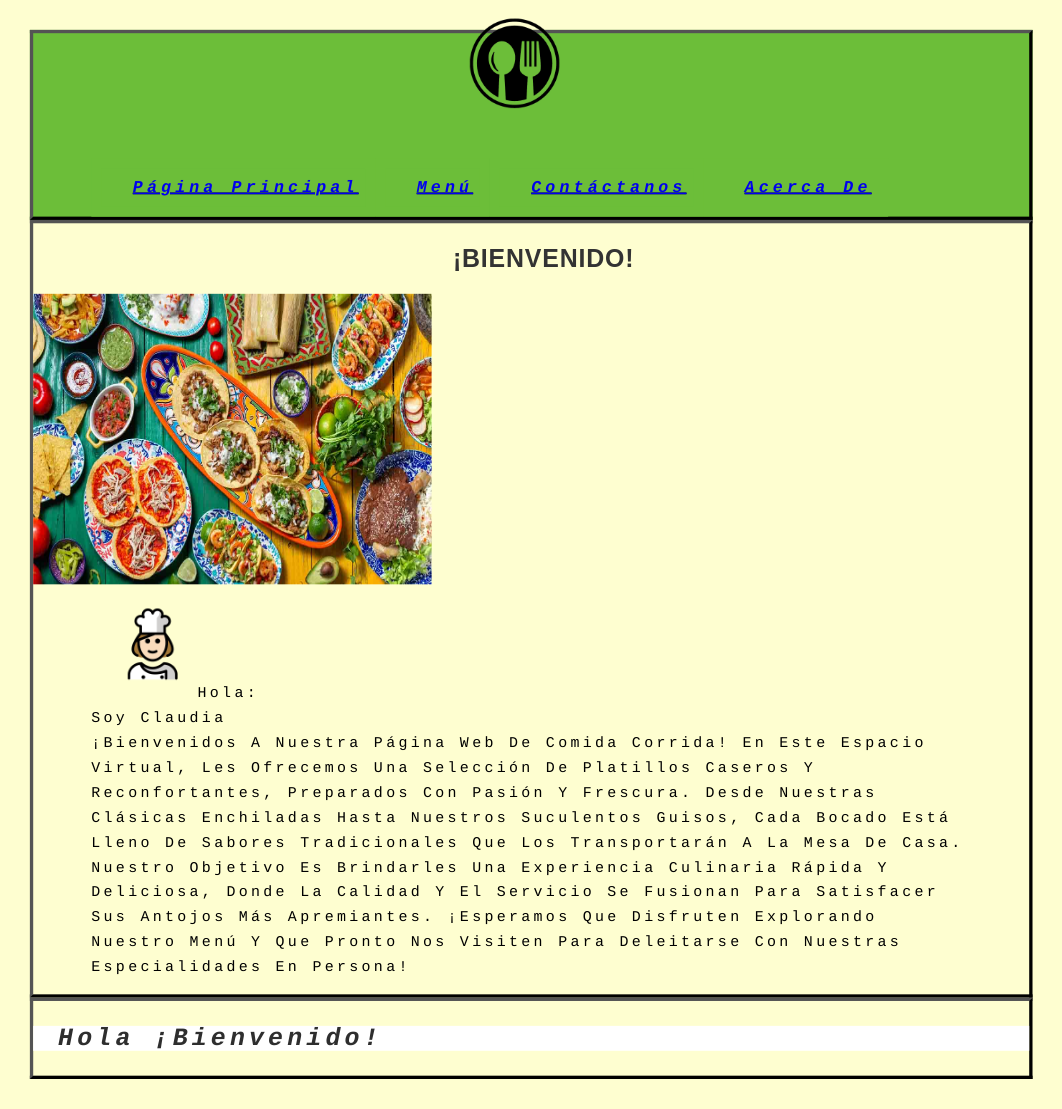
Repository: UVMCoyoacan/eq06_sitio1
Page: index.html
These files come from the project's save history. The page is drawn as it stood at one moment and after the next save; the edit follows.
The browser window is 1280 px wide. The pictures show the whole page, at 83% of full size.

Above is the page before, as saved 2024-04-13 22:40:39.

After the next save:
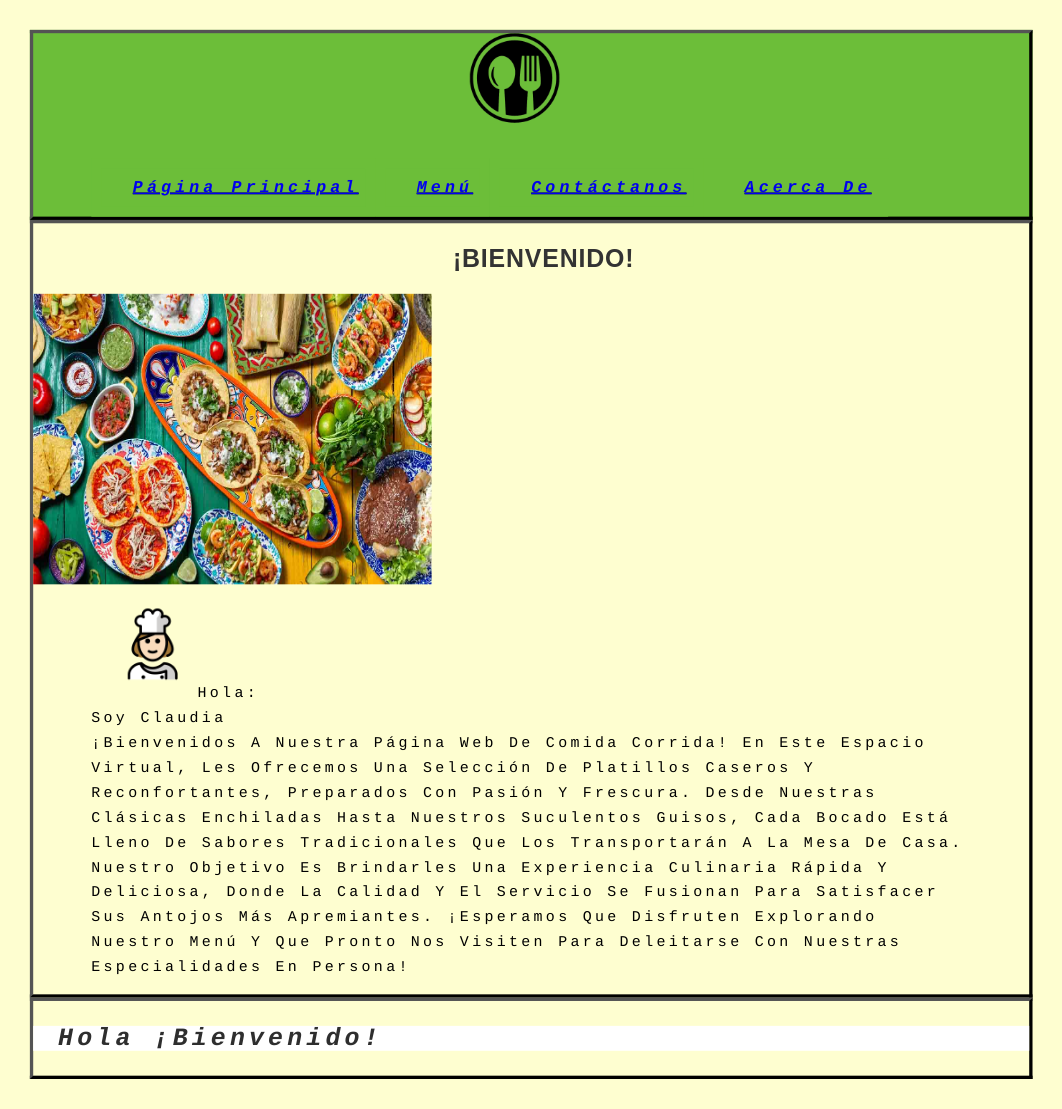
Saved 55 s later.
--- a/Carpeta estilos/estilo1.css
+++ b/Carpeta estilos/estilo1.css
@@ -174,5 +174,5 @@ p{
   }
 
   .bounce {
-    animation: bounce 0.9s infinite;
+    animation: bounce 1.0s infinite;
   }
